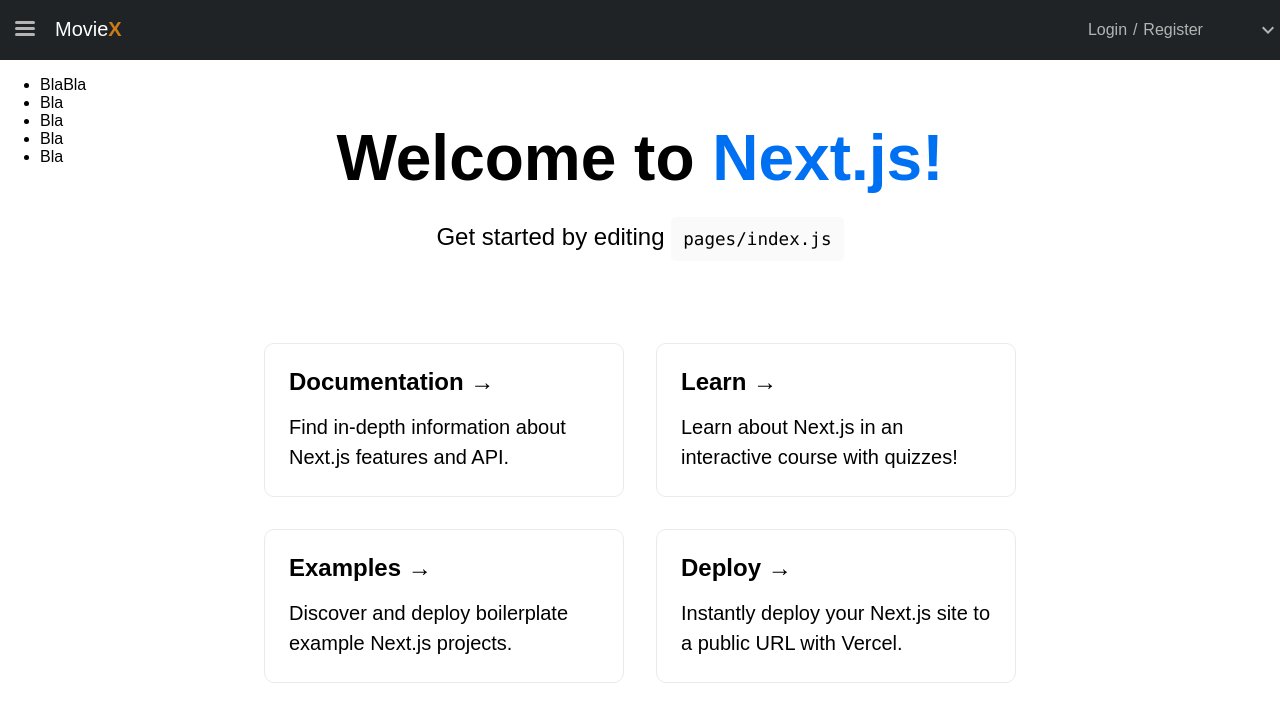
Repository: Amad-Mlinka/MovieTVBrowserNext
Page: /
The author's editor kept a copy of each file at every save. The page is drawn from the files as they stood at one save, then again after the next save.
The browser window is 1280 px wide. The pictures show the whole page.
An inner scrolling area shows only its first screen. The project was rebuilt for these pictures with package versions that can differ from the ones it lists, and the page was loaded fresh each time. The framework's server and built-in components were replaced by stand-ins that run in the browser. Also part of the build but not shown: next.config.js.

Above is the page before, as saved 2021-08-02 23:06:23.

### pages/_app.js
import Layout from '../components/layout/Layout'
import '../styles/globals.scss'


function MyApp({ Component, pageProps }) {
  return (
    <Layout>
      <Component {...pageProps} />
    </Layout>


  )
}

export default MyApp

### components/layout/Layout.tsx
import React from 'react'
import Header from "../header/Header"

const Layout = ({children}) => {
    return (
        <>
        <Header/>
        <main>
            {children}
        </main>
        </>

    )
}

export default Layout

### styles/globals.scss
html, body {
  overflow-x: hidden;
  height: 100%;
}
body {
  background: #fff;
  padding: 0;
  margin: 0;
  font-family: 'Varela Round', sans-serif;
}

a {
  color: inherit;
  text-decoration: none;
}

* {
  box-sizing: border-box;
}

### styles/Home.module.scss
.container {
  min-height: 100vh;
  padding: 0 0.5rem;
  display: flex;
  flex-direction: column;
  justify-content: center;
  align-items: center;
  height: 100vh;
}

.main {
  padding: 5rem 0;
  flex: 1;
  display: flex;
  flex-direction: column;
  justify-content: center;
  align-items: center;
}

.footer {
  width: 100%;
  height: 100px;
  border-top: 1px solid #eaeaea;
  display: flex;
  justify-content: center;
  align-items: center;
}

.footer a {
  display: flex;
  justify-content: center;
  align-items: center;
  flex-grow: 1;
}

.title a {
  color: #0070f3;
  text-decoration: none;
}

.title a:hover,
.title a:focus,
.title a:active {
  text-decoration: underline;
}

.title {
  margin: 0;
  line-height: 1.15;
  font-size: 4rem;
}

.title,
.description {
  text-align: center;
}

.description {
  line-height: 1.5;
  font-size: 1.5rem;
}

.code {
  background: #fafafa;
  border-radius: 5px;
  padding: 0.75rem;
  font-size: 1.1rem;
  font-family: Menlo, Monaco, Lucida Console, Liberation Mono, DejaVu Sans Mono,
    Bitstream Vera Sans Mono, Courier New, monospace;
}

.grid {
  display: flex;
  align-items: center;
  justify-content: center;
  flex-wrap: wrap;
  max-width: 800px;
  margin-top: 3rem;
}

.card {
  margin: 1rem;
  padding: 1.5rem;
  text-align: left;
  color: inherit;
  text-decoration: none;
  border: 1px solid #eaeaea;
  border-radius: 10px;
  transition: color 0.15s ease, border-color 0.15s ease;
  width: 45%;
}

.card:hover,
.card:focus,
.card:active {
  color: #0070f3;
  border-color: #0070f3;
}

.card h2 {
  margin: 0 0 1rem 0;
  font-size: 1.5rem;
}

.card p {
  margin: 0;
  font-size: 1.25rem;
  line-height: 1.5;
}

.logo {
  height: 1em;
  margin-left: 0.5rem;
}

@media (max-width: 600px) {
  .grid {
    width: 100%;
    flex-direction: column;
  }
}

### components/header/Header.tsx
import React, { useState } from 'react'
import headerStyles from "../../styles/Header.module.scss"
import SearchIcon from '@material-ui/icons/Search';
import Avatar from '@material-ui/core/Avatar';
import KeyboardArrowDownIcon from '@material-ui/icons/KeyboardArrowDown';




const Header = () => {
    const [hamburger, setHamburger] = useState(false)
    const hamburgerToggle = () => {
        setHamburger(!hamburger);
    }
    return (
        <>
            <header className={headerStyles.header}>
                <div className={headerStyles.left}>
                    <div className={headerStyles.hamburgerLogo}>
                        <div className={headerStyles.hamburger} onClick={hamburgerToggle}>
                            <div className={`${headerStyles.spinner} ${headerStyles.diagonal} ${hamburger ? headerStyles.part1Active:""}`}></div>
                            <div className={`${headerStyles.spinner} ${headerStyles.horizontal} ${hamburger ? headerStyles.horizontalActive:""}`}></div>
                            <div className={`${headerStyles.spinner} ${headerStyles.diagonal} ${hamburger ? headerStyles.part2Active:""}`}></div>
                        </div>
                        <div data-end="X" className={headerStyles.logo}>
                            <span>Movie</span>
                        </div>
                    </div>

                    <div className={headerStyles.search}>
                        <div className={headerStyles.searchContainer}>
                            <SearchIcon className={headerStyles.searchIcon} />
                            <input type="search" name="searchBar" className={headerStyles.searchBar} ></input>
                        </div>

                    </div>
                </div>
                <div className={headerStyles.right}>
                <KeyboardArrowDownIcon className={headerStyles.expandButton}/>
                    <div className={headerStyles.profile}>
                        <div className={`${headerStyles.loggedIn} ${headerStyles.dNone}`}>

                            <Avatar className={headerStyles.avatar} alt="Amad Mlinaric"> AM </Avatar>
                        </div>
                        <div className={`${headerStyles.notLoggedIn}`}>
                            <div className={headerStyles.loginRegister}>
                                <div className={headerStyles.login}>
                                    <span>Login</span>
                                </div>
                                <span>/</span>
                                <div className={headerStyles.register}>
                                    <span>Register</span>
                                </div>
                            </div>
                        </div>
                    </div>
                </div>

            </header>
            <div className={headerStyles.sidebar}>
                <div className={headerStyles.sidebarMenu}>
                    <ul className={headerStyles.sidebarList}>
                        <li className={headerStyles.sidebarLink}>BlaBla</li>
                        <li className={headerStyles.sidebarLink}>Bla</li>
                        <li className={headerStyles.sidebarLink}>Bla</li>
                        <li className={headerStyles.sidebarLink}>Bla</li>
                        <li className={headerStyles.sidebarLink}>Bla</li>
                    </ul>
                </div>

            </div>

        </>

    )
}

export default Header

### styles/Header.module.scss
@import "variables.scss";
@import "general.scss";
//***************************Header***************************//

.header {
    display: flex;
    flex-direction: row;
    justify-content: space-between;
    position: relative;
    top: 0;
    left: 0;
    width: 100%;
    background: $base-color;
    height: 60px;
}
.header {
    display: flex;
    flex-direction: row;
    justify-content: space-between;
    position: relative;
    top: 0;
    left: 0;
    width: 100%;
    background: $base-color;
    height: 60px;
}
.left {
    display: flex;
    flex-direction: row;
    width: 50%;
    justify-content: flex-start;
    align-items: center;
    height: 100%;
}
.hamburgerLogo {
    display: flex;
    flex-direction: row;
}
.hamburger {
    box-sizing: border-box;
    cursor: pointer;
    z-index: 99;
    height: 25px;
    width: 25px;
    margin: 0px 15px;
}
.spinner {
    box-sizing: border-box;
    position: absolute;
    height: 3px;
    width: 20px;
    background-color: #b4b4b4;
    border-radius: 5px;
    margin-top: 3px;
}
.horizontal {
    box-sizing: border-box;
    position: relative;
    transition: all ease-out 0.3s;
}
.horizontalActive{
    display: none;
}
.diagonal {
    box-sizing: border-box;
    position: relative;
    transition: all ease-out 0.3s;
}
.part1Active{
    transform: rotate(
        45deg
        );
        top: 4px;

}
.part2Active{
    transform: rotate(
        315deg
        );
    bottom: 2px;
}
.logo {
    &::after {
        content: "X";
        color: $secondary-color;
        font-weight: bolder;
        font-size: 20px;
    }
    span{
        display: none;
    }
    font-size: 20px;
    color: white;

}
.search {
    position: absolute;
    left: 0;
    top: 60px;
    background: $base-color;
    width: 100%;
    display: flex;
    flex-direction: column;
    justify-content: center;
    align-items: center;

}
.searchContainer{
    width: 80%;
    display: none;
}
.searchIcon {
    position: absolute;
    margin: 10px 15px;
    color: #b4b4b4;
    height: 20px;
}

.searchBar {
    width: 100%;
    background: #303437;
    border: 0;
    height: 40px;
    border-radius: 5px;
    padding-left: 45px;
    caret-color: black;
    transition: background 0.3s ease-in-out;
    margin-bottom: 20px;
    &:focus {
        background: white;
        outline: none;
    }
}
.right{
    height: 100%;
    display: flex;
    flex-direction: row-reverse;
    align-items: center;
    width: 50%;
}
.expandButton{
    font-size: 40px;
    color: $tertiary-color;

}
.profile{
    display: flex;
    flex-direction: row;
    justify-content:flex-start;
   .loggedIn{
       display: flex;
   }
    .notLoggedIn{
        .loginRegister{
            display: flex;
            flex-direction: row;
            justify-content: space-between;
            color: #b4b4b4;
            width: 115px;
            margin-right: 10px;
        }

    }
}

@include breakpoint(min-tablet){


    .header {
        display: flex;
        flex-direction: row;
        justify-content: space-between;
        position: relative;
        top: 0;
        left: 0;
        width: 100%;
        background: $base-color;
        height: 60px;
    }
    .left {
        display: flex;
        flex-direction: row;
        width: 50%;
        justify-content: flex-start;
        align-items: center;
        height: 100%;
    }
    .logo {
        font-size: 20px;
        color: white;
        span{
            display: inline;
        }
        &::after {
            content: attr(data-end);
            color: $secondary-color;
            font-weight: bolder;
        }
    }
    .search {
        position: relative;
        margin-left: 10px;
        top: 0;
        left: 0;
    }

    .expandButton{
        display: none;
    }
    .searchIcon {
        position: absolute;
        margin: 10px 15px;
        color: #b4b4b4;
        height: 20px;
    }

    .searchBar {
        width: 250px;
        background: #303437;
        border: 0;
        height: 40px;
        border-radius: 5px;
        padding-left: 45px;
        caret-color: black;
        transition: background 0.3s ease-in-out;
        margin: 0;
        &:focus {
            background: white;
            outline: none;
        }
    }
    .right{
        height: 100%;
        display: flex;
        flex-direction: row-reverse;
        align-items: center;
        width: 50%;
    }
    .profile{
        display: flex;
        flex-direction: row;
        width: 33%;
        justify-content: center;
        .loggedIn{
            .avatar{
                margin-left: 45px;
            }
        }
        .notLoggedIn{
            .loginRegister{
                display: flex;
                flex-direction: row;
                justify-content: space-between;
                color: #b4b4b4;
                width: 115px;
            }

        }
    }


}

//****************************/Header/***************************//
//***************************Sidebar***************************//

.sidebar{
    position: fixed;
    width: 25%;
    height: 100%;
}

### styles/variables.scss
$base-color:#1f2326;
$secondary-color:#cb7c17;
$tertiary-color:#b4b4b4;

@mixin breakpoint($point) {
    @if $point == min-desktop {
      @media (min-width: 993px) { @content ; }
   }
    @else if $point == min-laptop {
      @media (min-width: 769px) { @content ; }
   }
     @else if $point == min-tablet {
      @media (min-width: 593px) { @content ; }
   }
   @else if $point == min-mobile {
      @media (min-width: 0px)  { @content ; }

   }@else if $point == max-desktop {
      @media (max-width: 1200px) { @content ; }

   }@else if $point == max-laptop {
      @media (max-width: 992px) { @content ; }
   }
     @else if $point == max-tablet {
      @media (max-width: 768px) { @content ; }
   }
   @else if $point == max-mobile {
      @media (max-width: 592px)  { @content ; }

   }
 }

### styles/general.scss
.dNone{
    display: none !important;
}
.dBlock{
    display: block !important;
}

Loaded but not shown: pages/index.js (common file)

After the next save:
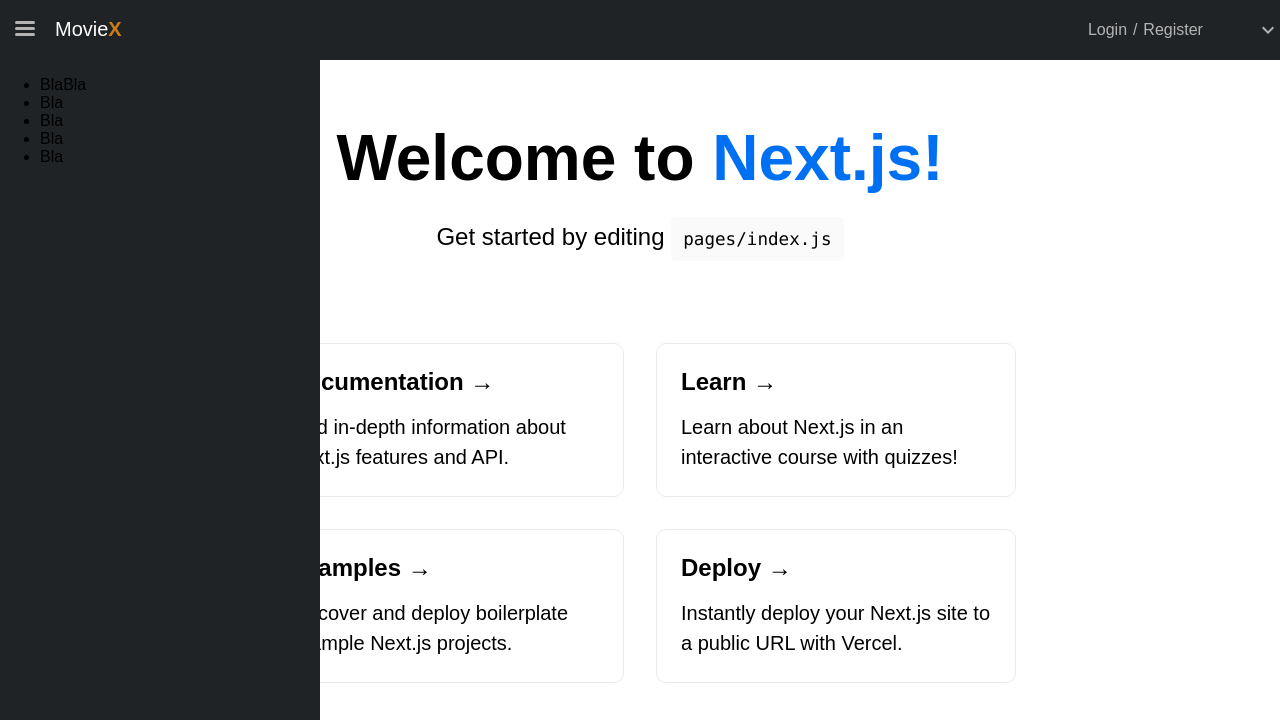
Saved 2 min 0 s later.
--- a/styles/Header.module.scss
+++ b/styles/Header.module.scss
@@ -268,4 +268,5 @@
     position: fixed;
     width: 25%;
     height: 100%;
-}
+    background: $base-color;
+}
